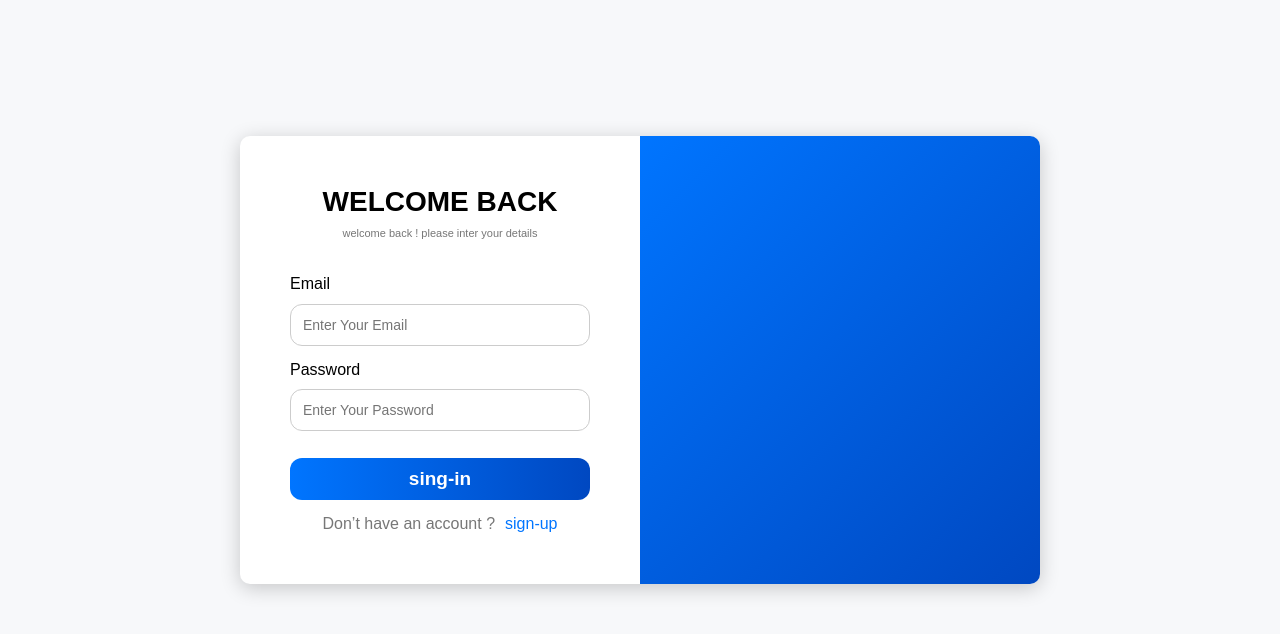
Repository: hiba2337/Fromix
Page: pages/login.html
An editor plug-in stored every save of this project. The page is shown before and after the next save, followed by the edit.
The browser window is 1280 px wide. The pictures show the whole page.
Some web libraries are served in a nearby version.

Above is the page before, as saved 2025-12-07 22:41:48.

After the next save:
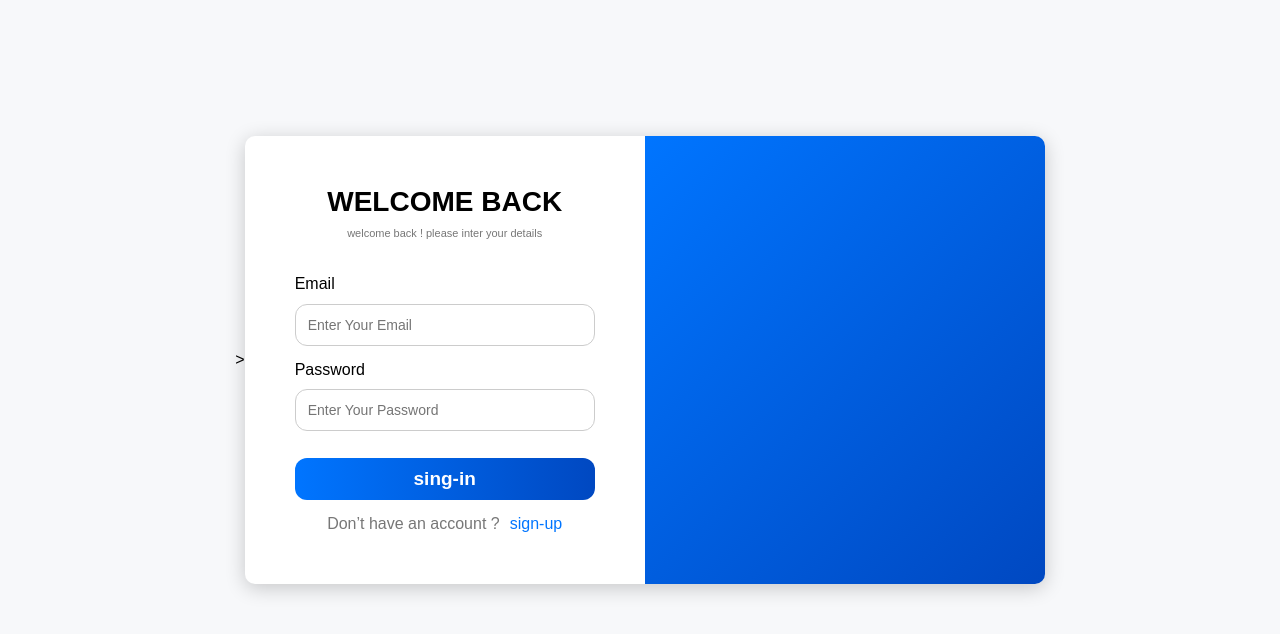
Saved 2 s later.
--- a/pages/login.html
+++ b/pages/login.html
@@ -1,4 +1,4 @@
-<!--login.html-->
+<!--login.html-->>
 <!DOCTYPE html>
 <html lang="en">
 <head>

After the save that followed:
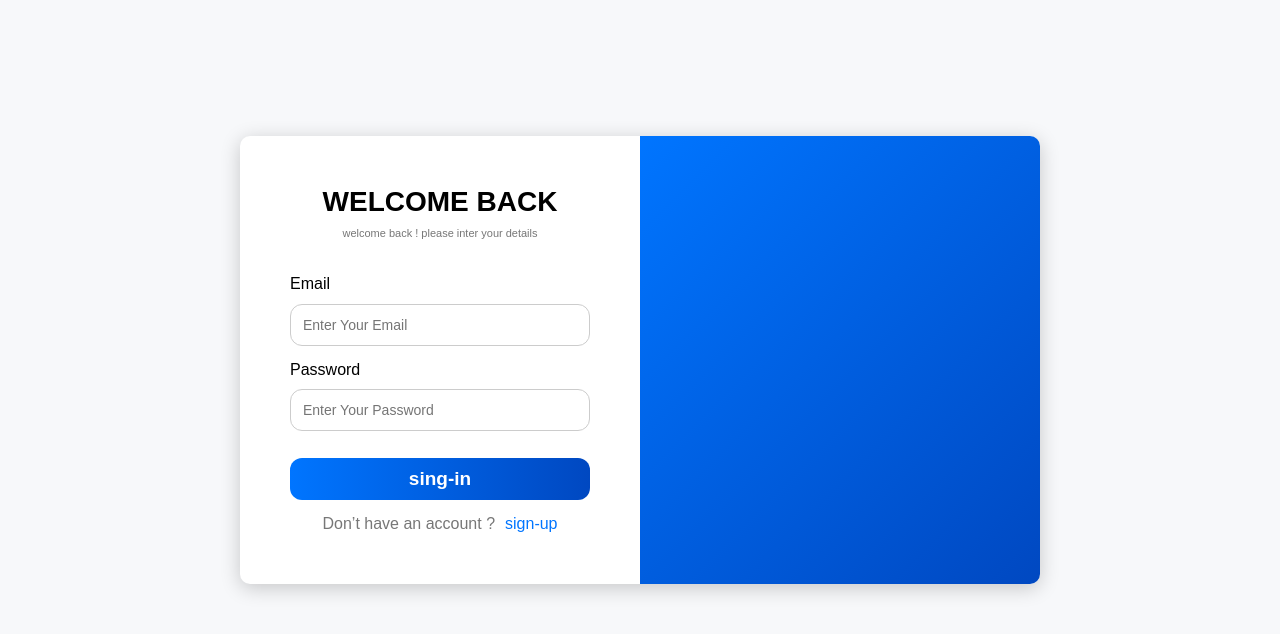
Saved 6 s later.
--- a/pages/login.html
+++ b/pages/login.html
@@ -1,4 +1,4 @@
-<!--login.html-->>
+<!--login.html-->
 <!DOCTYPE html>
 <html lang="en">
 <head>
